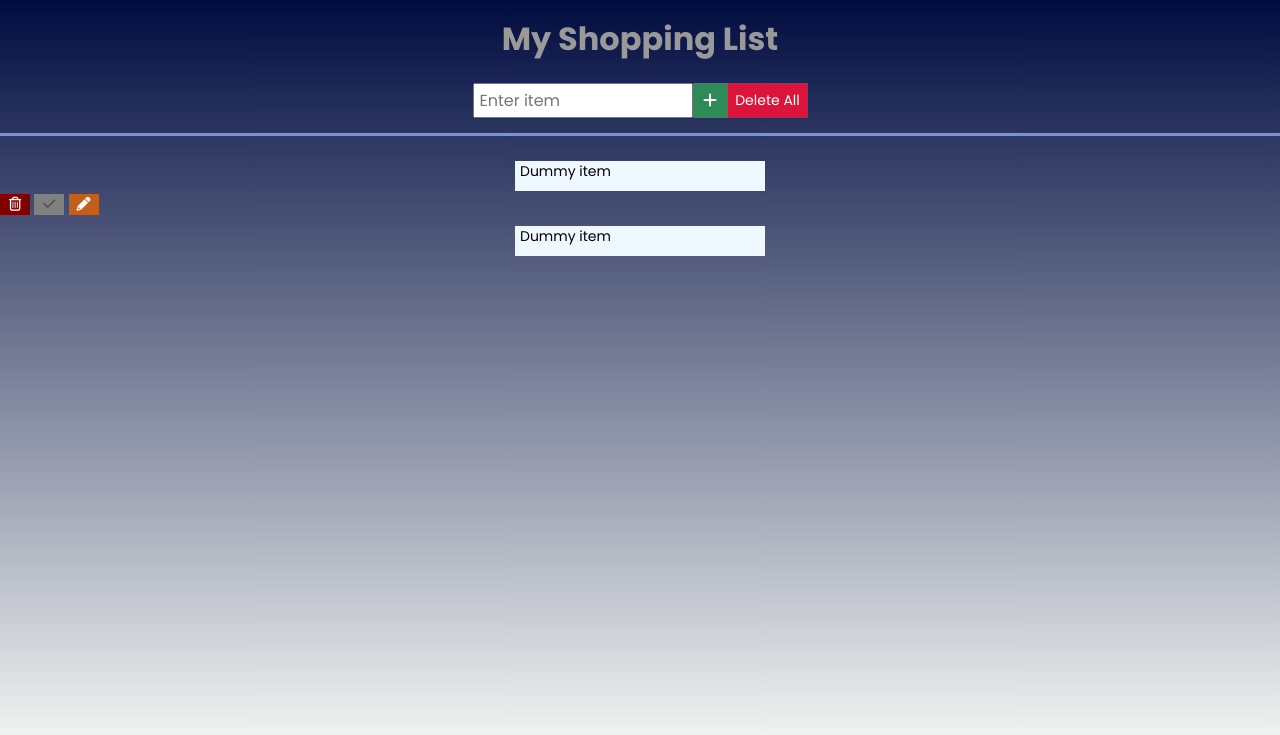
Repository: SaadYasin/shopping-list01-js
Page: index.html
The author's editor kept a copy of each file at every save. The page is drawn from the files as they stood at one save, then again after the next save.
The browser window is 1280 px wide. The pictures show the whole page.

Above is the page before, as saved 2021-12-05 19:04:05.

### index.html
<!DOCTYPE html>
<html lang="en">
<head>
    <meta charset="UTF-8">
    <meta http-equiv="X-UA-Compatible" content="IE=edge">
    <meta name="viewport" content="width=device-width, initial-scale=1.0">
    <title>Shopping List App</title>
    <link rel="stylesheet" href="styles.css">
    <link rel="preconnect" href="https://fonts.googleapis.com">
    <link rel="preconnect" href="https://fonts.gstatic.com" crossorigin>
    <link href="https://fonts.googleapis.com/css2?family=Poppins:ital,wght@0,100;0,300;0,400;0,600;0,700;1,100;1,300;1,400;1,600;1,700&display=swap" rel="stylesheet">

    <link rel="stylesheet" href="https://cdnjs.cloudflare.com/ajax/libs/font-awesome/6.0.0-beta3/css/all.min.css">

</head>
<body>
    <header>
        <h1>My Shopping List</h1>

        <div id="input-form">
            <input type="text" id="item-txt" name="item-text" placeholder="Enter item" aria-label="Enter item" required>

            <button id="btn" class="btn plus-btn" type="button"><i class="fa fa-plus" aria-hidden="true"></i></button>

            <button class="btn btn-delete-all" type="button" >Delete All</button>

        </div>

        <div id="divider"></div>

        <div class="container">
            <ul id="items-list">
                <!-- <div class="list-line"> -->
                    <li class="item">Dummy item</li>
                    <span><button class="btn btn-delete-item" type="button"><i class="far fa-trash-alt"></i></button></span>
                    <button class="btn btn-done"><i class="fas fa-check"></i></button>
                    <button class="btn btn-edit"><i class="fas fa-pencil-alt"></i></button>
                <!-- </div> -->
                <div class="list-line">
                    <li class="item">Dummy item</li>

                </div>
            </ul>
        </div>
    </header>
    <script src="app.js"></script>
</body>
</html>

### styles.css
* {
    padding: 0;
    margin: 0;
    box-sizing: border-box;
    font-family: 'Poppins', sans-serif;
}

body {
    min-height: 100vh;
    background: #F0F2F0;  /* fallback for old browsers */
background: -webkit-linear-gradient(to top, #f0f2f0 , #000C40);  /* Chrome 10-25, Safari 5.1-6 */
background: linear-gradient(to top,#f0f2f0 , #000C40); /* W3C, IE 10+/ Edge, Firefox 16+, Chrome 26+, Opera 12+, Safari 7+ */


}

header h1 {
    color: #999;
    text-align: center;
    margin-top: 15px;
}

#input-form {
    display: flex;
    margin-top: 20px;
    justify-content: center;
}

#item-txt {
    height: 35px;
    width: 220px;
    font-size: 16px;
    padding-left: 5px;
}

.btn {
    width: 35px;
    border: none;
    outline: none;
    font-size: 14px;
    color: #fff;
    cursor: pointer;
}

.plus-btn {
    background-color: seagreen;
    color: #fff;
    font-size: 16px;
}

.btn-delete-all {
    width: 80px;
    background-color: crimson;

}

#divider {
    width: 100vw;
    height: 3px;
    background-color: #7c90e6;
    margin-top: 15px;
}

.container {
    width: 100%;
    padding-top: 20px;

}

#items-list {
    list-style-type: none;
}

.list-line {
    display: flex;
    justify-content: center;
    margin-top: 5px;
}

li {
    display: flex;
    width: 250px;
    height: 30px;
    font-size: 14px;
    background-color: aliceblue;
    padding-left: 5px;
    margin-top: 5px;
    margin-left: auto;
    margin-right: auto;

}

.btn-delete-item {
    width: 30px;
    background-color: maroon;
    color: #fff;

}

.btn-done {
    width: 30px;
    border: none;
    background-color: gray;
    color: #555;
    font-size: 14px;
}

.btn-edit {
    width: 30px;
    background-color: rgb(194, 95, 29);
    color: #fff;

}

### app.js
const addBtn = document.querySelector('#btn');
const inputText = document.querySelector('#item-txt');
const list = document.querySelector('.container ul');

addBtn.addEventListener('click', (e) => {

    // Check that there is an input text
    if (inputText.value !== "") {
        e.preventDefault();

        // Create li
        const newLi = document.createElement('li');
        newLi.innerHTML = inputText.value;
        list.appendChild(newLi);
    }
});

After the next save:
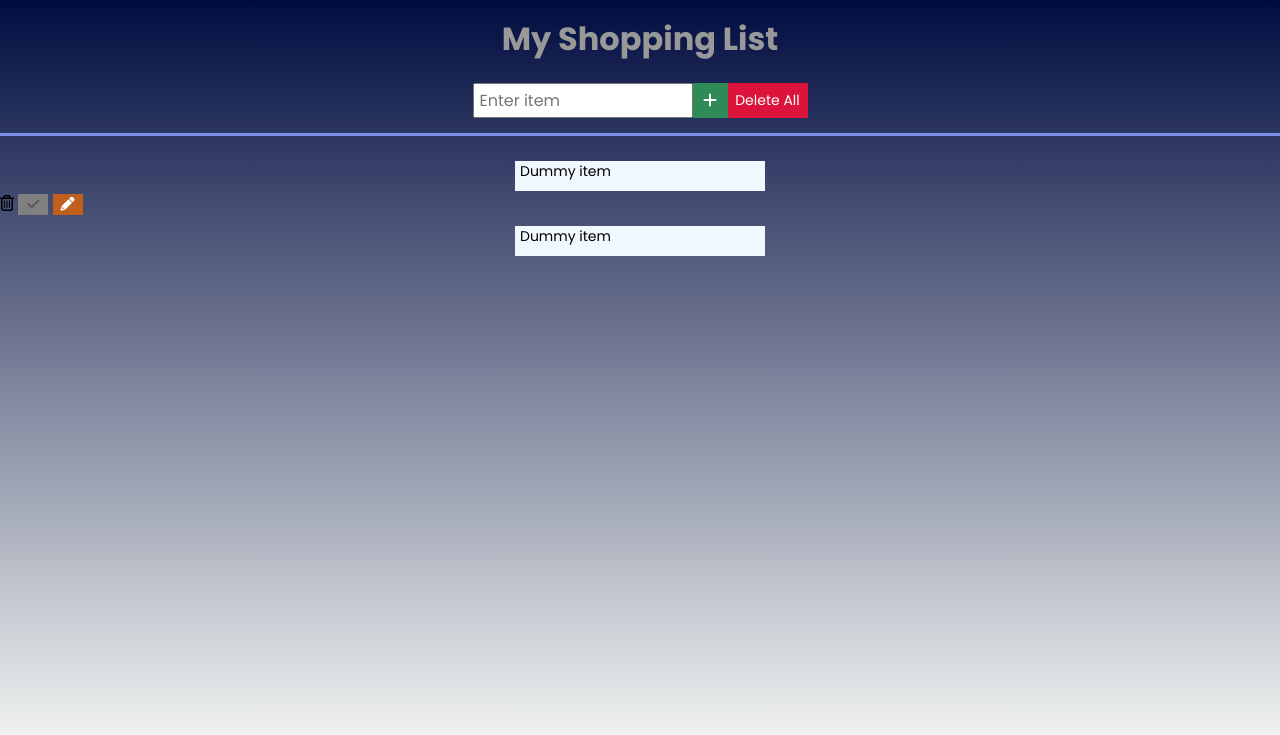
Saved 22 s later.
--- a/index.html
+++ b/index.html
@@ -32,7 +32,7 @@
             <ul id="items-list">
                 <!-- <div class="list-line"> -->
                     <li class="item">Dummy item</li>
-                    <span><button class="btn btn-delete-item" type="button"><i class="far fa-trash-alt"></i></button></span>
+                    <span><i class="far fa-trash-alt"></i></button></span>
                     <button class="btn btn-done"><i class="fas fa-check"></i></button>
                     <button class="btn btn-edit"><i class="fas fa-pencil-alt"></i></button>
                 <!-- </div> -->
